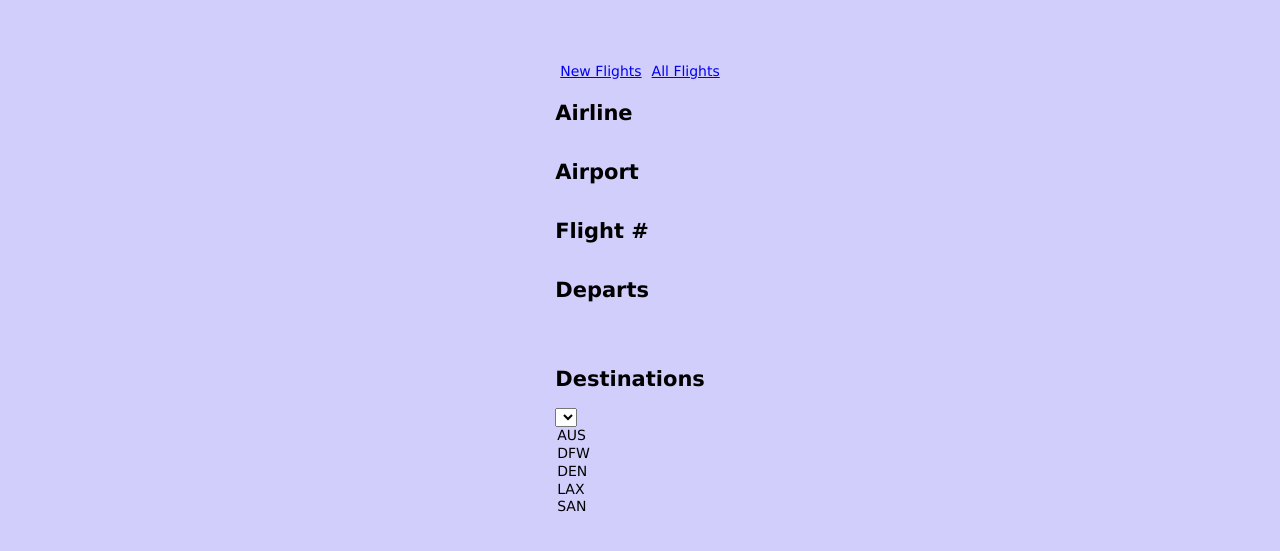
Repository: jmendoza13/mongoose-flights
Page: views/flights/show.ejs
These files come from the project's save history. The page is drawn as it stood at one moment and after the next save; the edit follows.
The browser window is 1280 px wide. The pictures show the whole page.
The page is served by the project's Node server (server.js). Other server files are loaded and not shown. The template is opened directly, without the code that normally fills it, so the values that code supplies are empty.

Above is the page before, as saved 2022-07-20 17:00:20.

### views/flights/show.ejs
<%- include('../partials/header') %>
<section id="show-page">
           <h2>Airline</h2>
           <p><%=flight.airline %></p>
           <h2>Airport</h2>
           <p><%=flight.airport %></p>
           <h2>Flight #</h2>
           <p><%=flight.flightNo %></p>
           <h2>Departs</h2>
           <p><%=flight.departs %></p>

</section>
<br><h2>Destinations</h2>
<form id="add-destination" method="POST"
ACTION="/flights/<%=flight._id %>/destinations">
<select name="airport" ></select>
    <option value="AUS">AUS</option>
    <option value="DFW">DFW</option>
    <option value="DEN">DEN</option>
    <option value="LAX">LAX</option>
    <option value="SAN">SAN</option>
</select>
</form>




<%- include('../partials/footer') %>

### views/Partials/header.ejs
<!DOCTYPE html>
<html lang="en">

<head>
    <meta charset="UTF-8">
    <meta http-equiv="X-UA-Compatible" content="IE=edge">
    <meta name="viewport" content="width=device-width, initial-scale=1.0">
    <link rel='stylesheet' href='/stylesheets/style.css' />
    <title>Flights</title>
</head>

<body>
    <nav>
        <a href="/flights/new">New Flights</a>
        <a href="/flights">All Flights</a>
    </nav>

### server.js
var createError = require('http-errors');
var express = require('express');
var path = require('path');
var cookieParser = require('cookie-parser');
var logger = require('morgan');

require('dotenv').config();

require('./config/database');

var indexRouter = require('./routes/index');
var flightsRouter = require('./routes/flights');
var destinationsRouter = require('./routes/flights');

var app = express();

// view engine setup
app.set('views', path.join(__dirname, 'views'));
app.set('view engine', 'ejs');

app.use(logger('dev'));
app.use(express.json());
app.use(express.urlencoded({ extended: false }));
app.use(cookieParser());
app.use(express.static(path.join(__dirname, 'public')));

app.use('/', indexRouter);
app.use('/flights', flightsRouter);
app.use('/', destinationsRouter);

// catch 404 and forward to error handler
app.use(function(req, res, next) {
  next(createError(404));
});

// error handler
app.use(function(err, req, res, next) {
  // set locals, only providing error in development
  res.locals.message = err.message;
  res.locals.error = req.app.get('env') === 'development' ? err : {};

  // render the error page
  res.status(err.status || 500);
  res.render('error');
});

module.exports = app;

### public/stylesheets/style.css
body {
  padding: 50px;
  font: 14px "Lucida Grande", Helvetica, Arial, sans-serif;
  display: grid;
  justify-content: center;
  background-color: rgb(210, 206, 252);
  grid-template-areas:
    "nav"
    "main"
}

nav, h1, p {
  display: flex;
  color: #010101;
  justify-content: center;
  align-items: center;
  text-align: center;
}

a {
  padding: 5px;
}

Loaded but not shown: views/Partials/footer.ejs (common file)

After the next save:
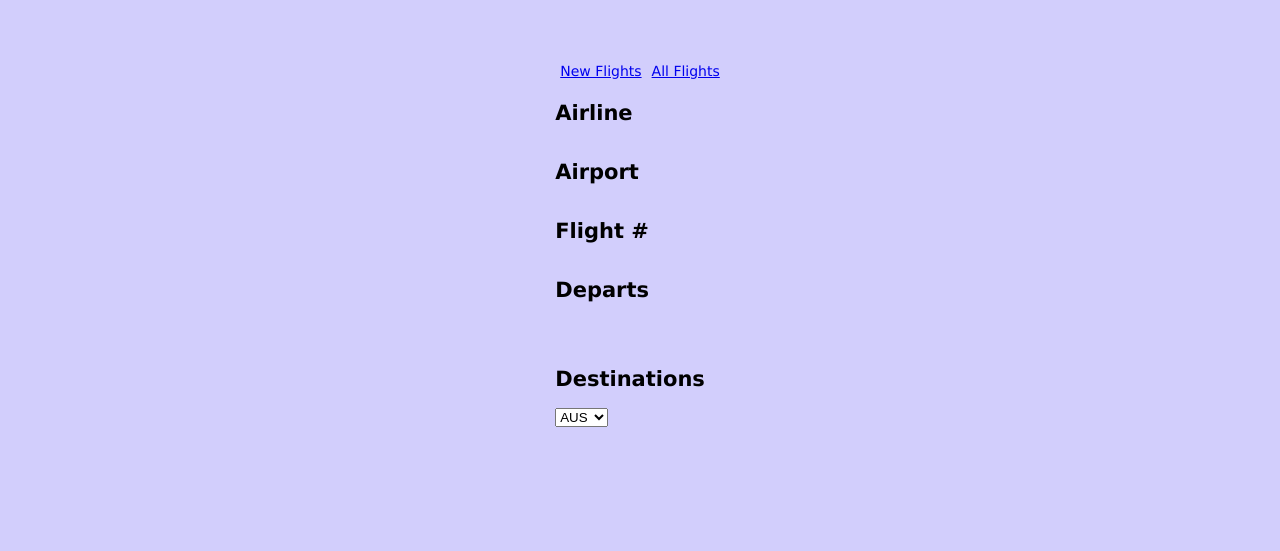
Saved 10 s later.
--- a/views/flights/show.ejs
+++ b/views/flights/show.ejs
@@ -13,7 +13,7 @@
 <br><h2>Destinations</h2>
 <form id="add-destination" method="POST"
 ACTION="/flights/<%=flight._id %>/destinations">
-<select name="airport" ></select>
+<select name="airport" >
     <option value="AUS">AUS</option>
     <option value="DFW">DFW</option>
     <option value="DEN">DEN</option>
